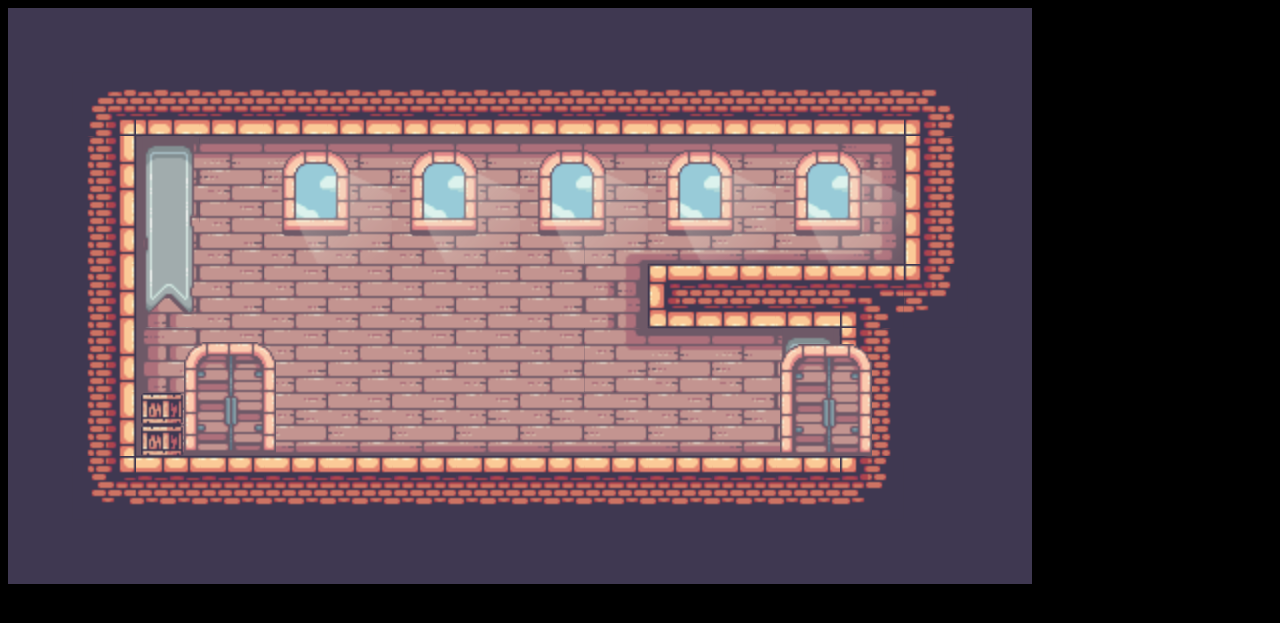
Repository: kassemKu/vanilla_kings_and_pigs
Page: index.html
The author's editor kept a copy of each file at every save. The page is drawn from the files as they stood at one save, then again after the next save.
The browser window is 1280 px wide. The pictures show the whole page.

Above is the page before, as saved 2022-11-12 22:21:28.

### index.html
<!DOCTYPE html>
<html lang="en">

<head>
  <meta charset="UTF-8" />
  <meta http-equiv="X-UA-Compatible" content="IE=edge" />
  <meta name="viewport" content="width=device-width, initial-scale=1.0" />
  <title>Platform</title>
</head>
<style>
  body {
    background-color: black;
    overflow: hidden;
  }
</style>

<body>
  <canvas></canvas>

  <script src="https://cdnjs.cloudflare.com/ajax/libs/gsap/3.11.3/gsap.min.js"
    integrity="sha512-gmwBmiTVER57N3jYS3LinA9eb8aHrJua5iQD7yqYCKa5x6Jjc7VDVaEA0je0Lu0bP9j7tEjV3+1qUm6loO99Kw=="
    crossorigin="anonymous" referrerpolicy="no-referrer"></script>
  <script src="./js/utils.js"></script>
  <script src="./js/data/collisions.js"></script>
  <script src="./js/classes/CollisionBlock.js"></script>
  <script src="./js/classes/Sprite.js"></script>
  <script src="./js/classes/Player.js"></script>
  <script src="./js/eventListener.js"></script>
  <script src="./main.js"></script>
</body>

</html>

### js/utils.js
Array.prototype.parse2D = function () {
  const rows = [];
  for (let i = 0; i < this.length; i += 16) {
    rows.push(this.slice(i, i + 16));
  }

  return rows;
};

Array.prototype.createObjectFrom2D = function () {
  const objects = [];
  this.forEach((row, y) => {
    row.forEach((symbol, x) => {
      if (symbol === 292) {
        // push a new collision into collisionBlocks array
        objects.push(
          new CollisionBlock({
            position: {
              x: x * 64,
              y: y * 64,
            },
          })
        );
      }
    });
  });

  return objects;
};

### js/data/collisions.js
const collisionsLevel1 = [
  0, 0, 0, 0, 0, 0, 0, 0, 0, 0, 0, 0, 0, 0, 0, 0, 0, 0, 0, 0, 0, 0, 0, 0, 0, 0,
  0, 0, 0, 0, 0, 0, 0, 292, 292, 292, 292, 292, 292, 292, 292, 292, 292, 292,
  292, 292, 292, 0, 0, 292, 0, 0, 0, 0, 0, 0, 0, 0, 0, 0, 0, 0, 292, 0, 0, 292,
  0, 0, 0, 0, 0, 0, 0, 0, 0, 0, 0, 0, 292, 0, 0, 292, 292, 0, 0, 0, 0, 0, 0, 0,
  0, 0, 0, 0, 292, 0, 0, 292, 292, 292, 292, 292, 292, 292, 292, 292, 292, 292,
  292, 292, 292, 0, 0, 0, 0, 0, 0, 0, 0, 0, 0, 0, 0, 0, 0, 0, 0, 0, 0, 0, 0, 0,
  0, 0, 0, 0, 0, 0, 0, 0, 0, 0, 0, 0,
];

const collisionsLevel2 = [
  292, 292, 292, 292, 292, 292, 292, 0, 0, 0, 0, 0, 0, 0, 0, 0, 292, 0, 0, 0, 0,
  0, 292, 0, 0, 0, 0, 0, 0, 0, 0, 0, 292, 0, 0, 0, 0, 0, 292, 0, 0, 0, 0, 0, 0,
  0, 0, 0, 292, 292, 292, 292, 0, 0, 292, 0, 0, 0, 0, 0, 0, 0, 0, 0, 0, 0, 0,
  292, 0, 0, 292, 0, 0, 292, 292, 292, 292, 292, 292, 0, 0, 292, 292, 292, 0, 0,
  292, 292, 292, 292, 0, 0, 0, 0, 292, 0, 0, 292, 0, 0, 0, 0, 0, 0, 0, 0, 0, 0,
  0, 0, 292, 0, 0, 292, 0, 0, 0, 0, 0, 0, 0, 0, 292, 292, 292, 292, 292, 0, 0,
  292, 292, 292, 292, 292, 292, 292, 292, 292, 292, 292, 0, 0, 0, 0,
]

const collisionsLevel3 = [
  0, 0, 0, 0, 0, 0, 0, 0, 0, 0, 0, 0, 0, 0, 0, 0, 0, 250, 250, 250, 250, 250,
  250, 250, 250, 250, 250, 250, 250, 250, 250, 0, 0, 250, 0, 0, 0, 0, 0, 0, 0,
  0, 0, 0, 0, 0, 250, 0, 0, 250, 0, 0, 0, 0, 0, 0, 0, 0, 0, 0, 0, 0, 250, 0, 0,
  250, 0, 0, 0, 0, 0, 0, 0, 0, 250, 250, 250, 250, 250, 0, 0, 250, 0, 0, 0, 0,
  0, 0, 0, 0, 0, 0, 0, 250, 0, 0, 0, 250, 250, 0, 0, 0, 0, 0, 0, 0, 0, 0, 250,
  250, 0, 0, 0, 250, 250, 250, 250, 250, 250, 250, 250, 250, 250, 250, 250, 250,
  0, 0, 0, 0, 0, 0, 0, 0, 0, 0, 0, 0, 0, 0, 0, 0, 0, 0,
]

### js/classes/CollisionBlock.js
class CollisionBlock {
  constructor({ position }) {
    this.position = position;
    this.width = 64;
    this.height = 64;
  }

  draw() {
    c.fillStyle = "rgba(255, 0, 0, 0.5)";
    c.fillRect(this.position.x, this.position.y, this.width, this.height);
  }
}

### js/classes/Sprite.js
class Sprite {
  constructor({
    position,
    imageSrc,
    frameRate = 1,
    animations,
    frameBuffer = 2,
    loop = true,
    autoplay = true
  }) {
    this.position = position;
    this.image = new Image();
    this.image.onload = () => {
      this.loaded = true;
      this.width = this.image.width / this.frameRate;
      this.height = this.image.height;
    };
    this.image.src = imageSrc;
    this.loaded = false;
    this.frameRate = frameRate;
    this.currentFrame = 0;
    this.elapsedFrames = 0;
    this.frameBuffer = frameBuffer;
    this.animations = animations;
    this.loop = loop
    this.autoplay = autoplay
    this.currentAnimation

    if (this.animations) {
      for (let key in this.animations) {
        const image = new Image();
        image.src = this.animations[key].imageSrc;
        this.animations[key].image = image;
      }
    }
  }
  draw() {
    if (!this.loaded) return;
    const cropbox = {
      position: {
        x: this.width * this.currentFrame,
        y: 0,
      },
      width: this.width,
      height: this.height,
    };

    c.drawImage(
      this.image,
      cropbox.position.x,
      cropbox.position.y,
      cropbox.width,
      cropbox.height,
      this.position.x,
      this.position.y,
      this.width,
      this.height
    );

    this.updateFrames();
  }

  play() {
    this.autoplay = true
  }

  updateFrames() {
    if (!this.autoplay) return

    this.elapsedFrames++;

    if (this.elapsedFrames % this.frameBuffer === 0) {
      if (this.currentFrame < this.frameRate - 1) this.currentFrame++;
      else if(this.loop) this.currentFrame = 0;
    }

    if (this.currentAnimation?.onComplete) {
      if (this.currentFrame === this.frameRate - 1 && !this.currentAnimation.isActive) {
      this.currentAnimation.onComplete()
      this.currentAnimation.isActive = true
      }
    }
  }

}

### js/classes/Player.js
class Player extends Sprite {
  constructor({ collisionBlocks = [], imageSrc, frameRate, animations, loop }) {
    super({ imageSrc, frameRate, animations, loop });
    this.position = {
      x: 200,
      y: 200,
    };

    this.velocity = {
      x: 0,
      y: 0,
    };

    this.sides = {
      bottom: this.position.y + this.height,
    };
    this.gravity = 1;

    this.collisionBlocks = collisionBlocks;
  }

  update() {
    // this is blue box
    // c.fillStyle = "rgba(0, 0, 255, 0.5)";
    // c.fillRect(this.position.x, this.position.y, this.width, this.height);
    this.position.x += this.velocity.x;

    this.updateHitbox();

    this.checkForHorizontalCollisions();
    this.applyGravity();

    this.updateHitbox();

    // c.fillRect(
    //   this.hitbox.position.x,
    //   this.hitbox.position.y,
    //   this.hitbox.width,
    //   this.hitbox.height
    // );
    this.checkForVerticalCollisions();
  }

  handleInput(keys) {
    if (player.preventInput) return
  player.velocity.x = 0;
  if (keys.d.pressed) {
    this.switchSprite("runRight");
    this.velocity.x = 5;
    this.lastDirection = "right";
  } else if (keys.a.pressed) {
    this.switchSprite("runLeft");
    this.velocity.x = -5;
    this.lastDirection = "left";
  } else {
    if (this.lastDirection === "left") this.switchSprite("idleLeft");
    else this.switchSprite("idleRight");
  }
  }

  switchSprite(name) {
    if (this.image === this.animations[name].image) return;
    this.currentFrame = 0;
    this.image = this.animations[name].image;
    this.frameRate = this.animations[name].frameRate;
    this.frameBuffer = this.animations[name].frameBuffer;
    this.loop = this.animations[name].loop;
    this.currentAnimation = this.animations[name]
  }

  updateHitbox() {
    this.hitbox = {
      position: {
        x: this.position.x + 58,
        y: this.position.y + 34,
      },
      width: 50,
      height: 53,
    };
  }

  checkForHorizontalCollisions() {
    for (let i = 0; i < this.collisionBlocks.length; i++) {
      const collisionBlock = this.collisionBlocks[i];

      // if a collision exists
      if (
        this.hitbox.position.x <=
          collisionBlock.position.x + collisionBlock.width &&
        this.hitbox.position.x + this.hitbox.width >=
          collisionBlock.position.x &&
        this.hitbox.position.y + this.hitbox.height >=
          collisionBlock.position.y &&
        this.hitbox.position.y <=
          collisionBlock.position.y + collisionBlock.height
      ) {
        // collision on x axis going to the left
        if (this.velocity.x < -0) {
          const offset = this.hitbox.position.x - this.position.x;
          this.position.x =
            collisionBlock.position.x + collisionBlock.width - offset + 0.01;
          break;
        }
        if (this.velocity.x > 0) {
          const offset =
            this.hitbox.position.x - this.position.x + this.hitbox.width;
          this.position.x = collisionBlock.position.x - offset - 0.01;
          break;
        }
      }
    }
  }
  applyGravity() {
    this.velocity.y += this.gravity;
    this.position.y += this.velocity.y;
  }

  checkForVerticalCollisions() {
    // check for vertical collisions
    for (let i = 0; i < this.collisionBlocks.length; i++) {
      const collisionBlock = this.collisionBlocks[i];
      // if a collision exists
      if (
        this.hitbox.position.x <=
          collisionBlock.position.x + collisionBlock.width &&
        this.hitbox.position.x + this.hitbox.width >=
          collisionBlock.position.x &&
        this.hitbox.position.y + this.hitbox.height >=
          collisionBlock.position.y &&
        this.hitbox.position.y <=
          collisionBlock.position.y + collisionBlock.height
      ) {
        if (this.velocity.y < 0) {
          this.velocity.y = 0;
          const offset = this.hitbox.position.y - this.position.y;
          this.position.y =
            collisionBlock.position.y + collisionBlock.height - offset + 0.01;
          break;
        }

        if (this.velocity.y > 0) {
          this.velocity.y = 0;
          const offset =
            this.hitbox.position.y - this.position.y + this.hitbox.height;
          this.position.y = collisionBlock.position.y - offset - 0.01;
          break;
        }
      }
    }
  }
}

### js/eventListener.js
window.addEventListener("keydown", (event) => {
  if (player.preventInput) return
  switch (event.key) {
    case " ":

    for (let i = 0; i < doors.length; i++) {
      const door = doors[i]

      if (
        player.hitbox.position.x + player.hitbox.width <=
        door.position.x + door.width &&
      player.hitbox.position.x  >=
        door.position.x &&
      player.hitbox.position.y + player.hitbox.height >=
        door.position.y &&
      player.hitbox.position.y <=
        door.position.y + door.height
        ) {
          player.velocity.x = 0
          player.velocity.y = 0
          player.preventInput = true
          player.switchSprite('enterDoor')
          door.play()
          return
        }
    }
      if (player.velocity.y === 0) player.velocity.y = -25;

      break;
    case "ArrowLeft":
      // move player to left
      keys.a.pressed = true;
      break;
    case "ArrowRight":
      // move player to right
      keys.d.pressed = true;
      break;
  }
});

window.addEventListener("keyup", (event) => {
  switch (event.key) {
    case "ArrowUp":
      keys.w.pressed = false;

      break;
    case "ArrowLeft":
      // move player to left
      keys.a.pressed = false;
      break;
    case "ArrowRight":
      // move player to right
      keys.d.pressed = false;
      break;
  }
});

### main.js
const canvas = document.querySelector("canvas");
const c = canvas.getContext("2d");

canvas.width = 64 * 16; // 1024
canvas.height = 64 * 9; // 576

let parsedCollisions
let collisionBlocks
let background
let doors
const player = new Player({
  imageSrc: "./img/king/idle.png",
  frameRate: 11,
  animations: {
    idleRight: {
      frameRate: 11,
      frameBuffer: 2,
      loop: true,
      imageSrc: "./img/king/idle.png",
    },
    idleLeft: {
      frameRate: 11,
      frameBuffer: 2,
      loop: true,
      imageSrc: "./img/king/idleLeft.png",
    },
    runRight: {
      frameRate: 8,
      frameBuffer: 4,
      loop: true,
      imageSrc: "./img/king/runRight.png",
    },
    runLeft: {
      frameRate: 8,
      frameBuffer: 4,
      loop: true,
      imageSrc: "./img/king/runLeft.png",
    },
    enterDoor: {
      frameRate: 8,
      frameBuffer: 4,
      loop: false,
      imageSrc: "./img/king/enterDoor.png",
      onComplete: () => {
        console.log('completed animation');
        gsap.to(overlay, {
          opacity: 1,
          onComplete: () => {
            level++
            levels[level].init()
            gsap.to(overlay, {
              opacity: 0
            })
          }
        })
      }
    },
  },
});

let level = 3
let levels = {
  1: {
    init: () => {
      parsedCollisions = collisionsLevel1.parse2D();
      collisionBlocks = parsedCollisions.createObjectFrom2D();
      player.collisionBlocks = collisionBlocks

      background = new Sprite({
        position: {
          x: 0,
          y: 0,
        },
        imageSrc: "./img/backgroundLevel1.png",
      });

      doors = [
        new Sprite({
          position: {
            x: 767,
            y: 270,
          },
          imageSrc: "./img/doorOpen.png",
          frameRate: 5,
          frameBuffer: 5,
          loop: false,
          autoplay: false
        }),
      ];
    }
  },
  2: {
    init: () => {
      parsedCollisions = collisionsLevel2.parse2D();
      collisionBlocks = parsedCollisions.createObjectFrom2D();
      player.collisionBlocks = collisionBlocks
      player.position.x = 96
      player.position.y = 140

      background = new Sprite({
        position: {
          x: 0,
          y: 0,
        },
        imageSrc: "./img/backgroundLevel2.png",
      });

      doors = [
        new Sprite({
          position: {
            x: 772.00,
            y: 336,
          },
          imageSrc: "./img/doorOpen.png",
          frameRate: 5,
          frameBuffer: 5,
          loop: false,
          autoplay: false
        }),
      ];
    }
  },
  3: {
    init: () => {
      parsedCollisions = collisionsLevel3.parse2D();
      collisionBlocks = parsedCollisions.createObjectFrom2D();
      player.collisionBlocks = collisionBlocks
      player.position.x = 96
      player.position.y = 140

      background = new Sprite({
        position: {
          x: 0,
          y: 0,
        },
        imageSrc: "./img/backgroundLevel3.png",
      });

      doors = [
        new Sprite({
          position: {
            x: 772.00,
            y: 336,
          },
          imageSrc: "./img/doorOpen.png",
          frameRate: 5,
          frameBuffer: 5,
          loop: false,
          autoplay: false
        }),
      ];
    }
  }
}





const keys = {
  w: {
    pressed: false,
  },
  a: {
    pressed: false,
  },
  d: {
    pressed: false,
  },
};

const overlay = {
  opacity: 0
}

function animate() {
  window.requestAnimationFrame(animate);

  background.draw();
  collisionBlocks.forEach((collisionBlock) => {
    collisionBlock.draw();
  });

  doors.forEach((door) => {
    door.draw();
  });

  player.handleInput(keys)
  player.draw();
  player.update();

  c.save()
  c.globalAlpha = overlay.opacity
  c.fillStyle = 'black'
  c.fillRect(0,0,canvas.width, canvas.height)
  c.restore()
}

levels[level].init()
animate();

After the next save:
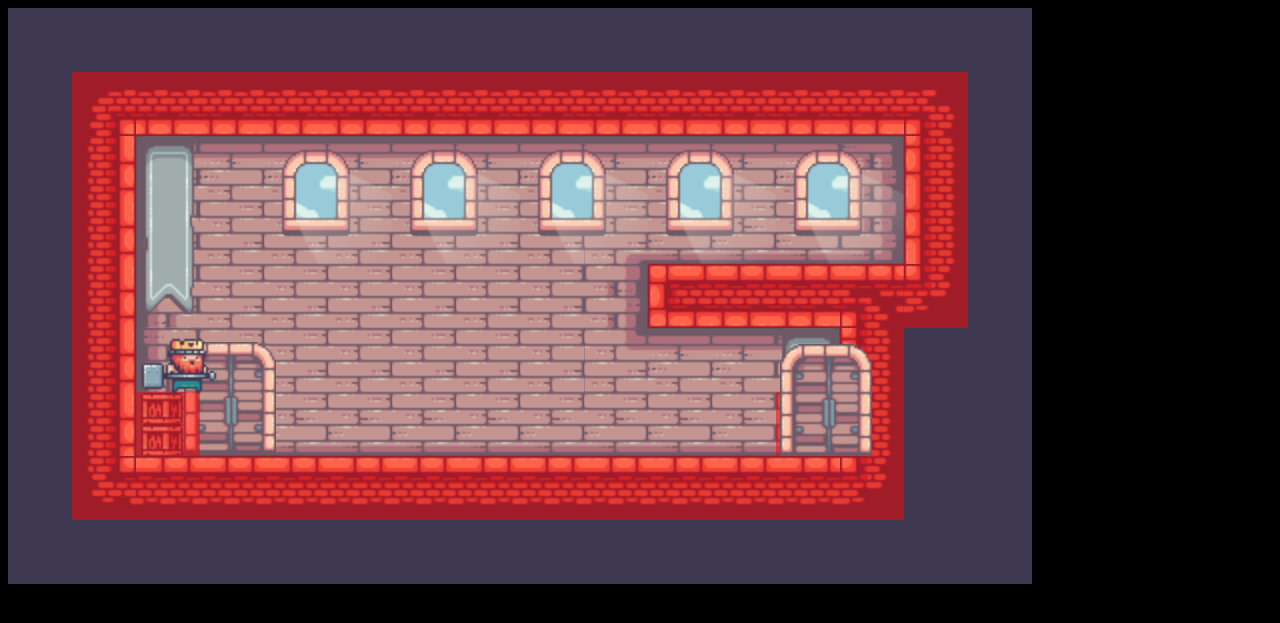
Saved 66 s later.
--- a/js/utils.js
+++ b/js/utils.js
@@ -11,7 +11,7 @@ Array.prototype.createObjectFrom2D = function () {
   const objects = [];
   this.forEach((row, y) => {
     row.forEach((symbol, x) => {
-      if (symbol === 292) {
+      if (symbol === 292 || symbol === 250) {
         // push a new collision into collisionBlocks array
         objects.push(
           new CollisionBlock({
